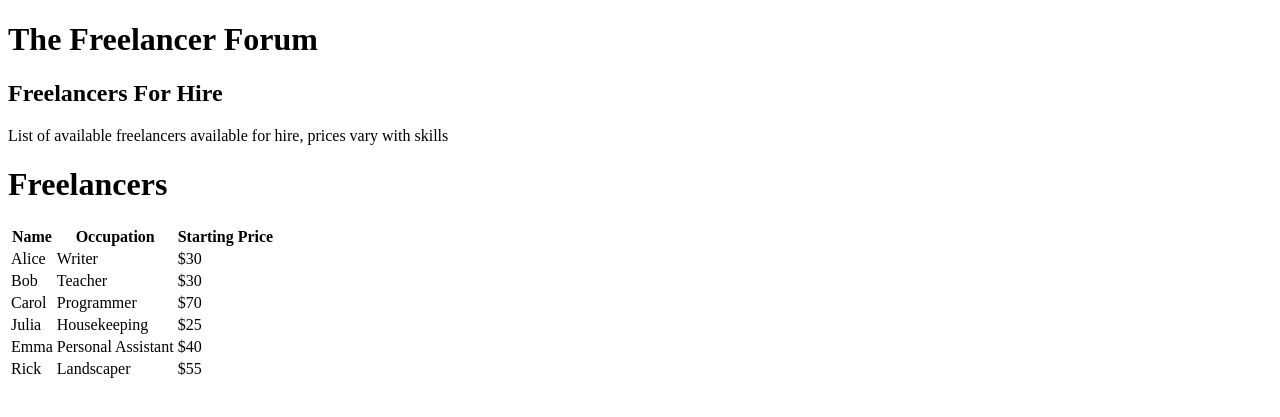
Repository: MelindaN14/Unit2.FreelancerForum
Page: forum/app.html
The author's editor kept a copy of each file at every save. The page is drawn from the files as they stood at one save, then again after the next save.
The browser window is 1280 px wide. The pictures show the whole page.

Above is the page before, as saved 2024-04-10 21:38:57.

After the next save:
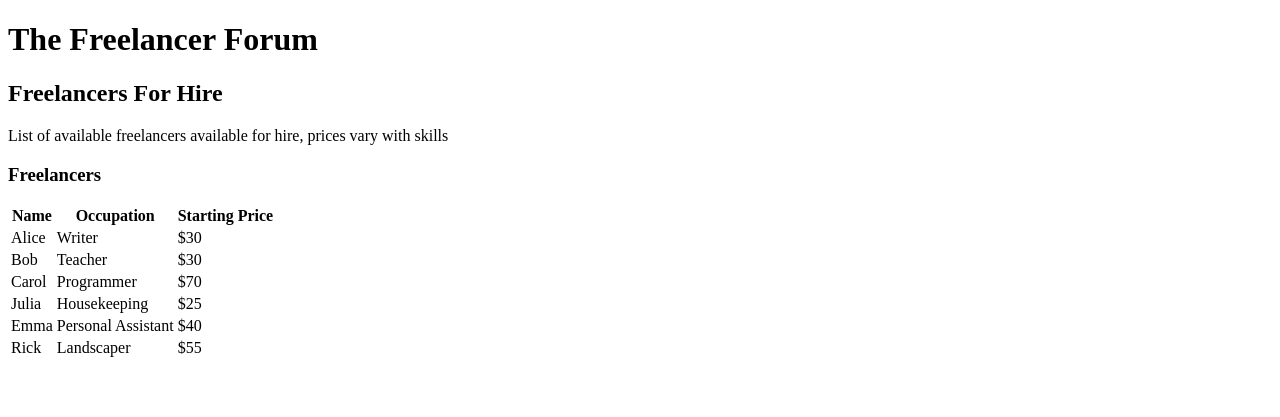
Saved 10 s later.
--- a/forum/app.html
+++ b/forum/app.html
@@ -12,7 +12,7 @@
     <p>
       List of available freelancers available for hire, prices vary with skills
     </p>
-    <h1>Freelancers</h1>
+    <h3>Freelancers</h1>
       <!-- Freelancers added here -->
     </div>
     <table id="freelancersList">
